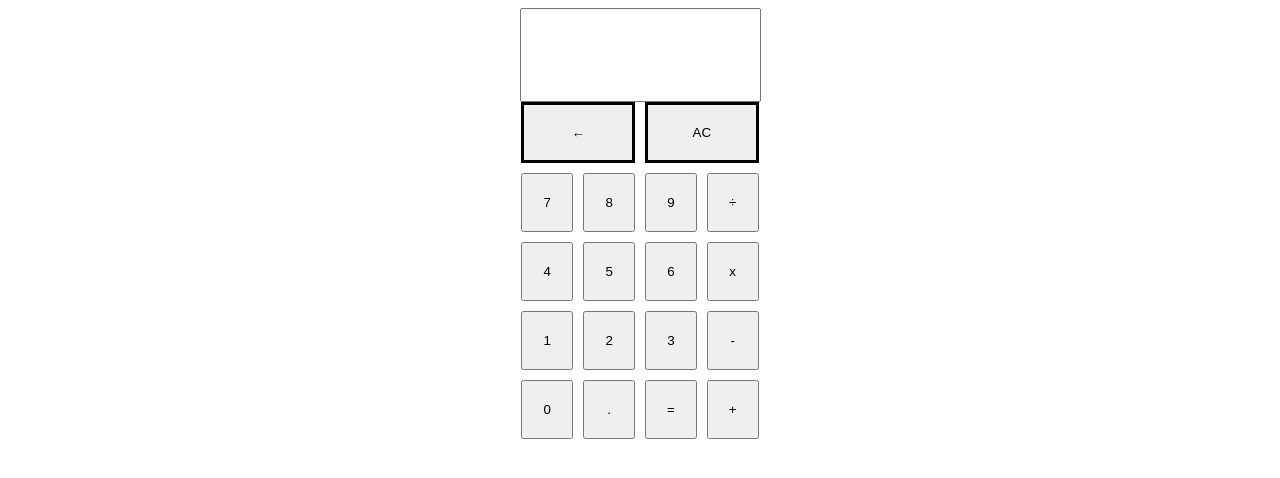
Repository: z1youRA/MyCalculator
Page: index.html
An editor plug-in stored every save of this project. The page is shown before and after the next save, followed by the edit.
The browser window is 1280 px wide. The pictures show the whole page.

Above is the page before, as saved 2021-12-19 17:41:01.

After the next save:
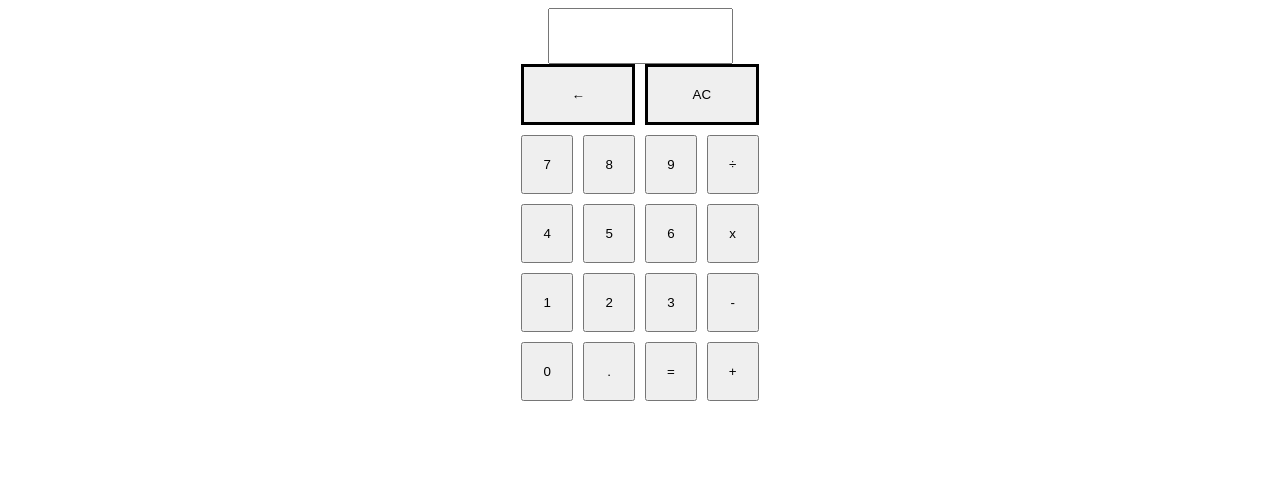
Saved 18 s later.
--- a/css/styles.css
+++ b/css/styles.css
@@ -6,8 +6,8 @@
 }
 
 input {
-    padding: 30px;
-    height: 30px;
+    height: 50px;
+
 }
 
 .span-2 {
